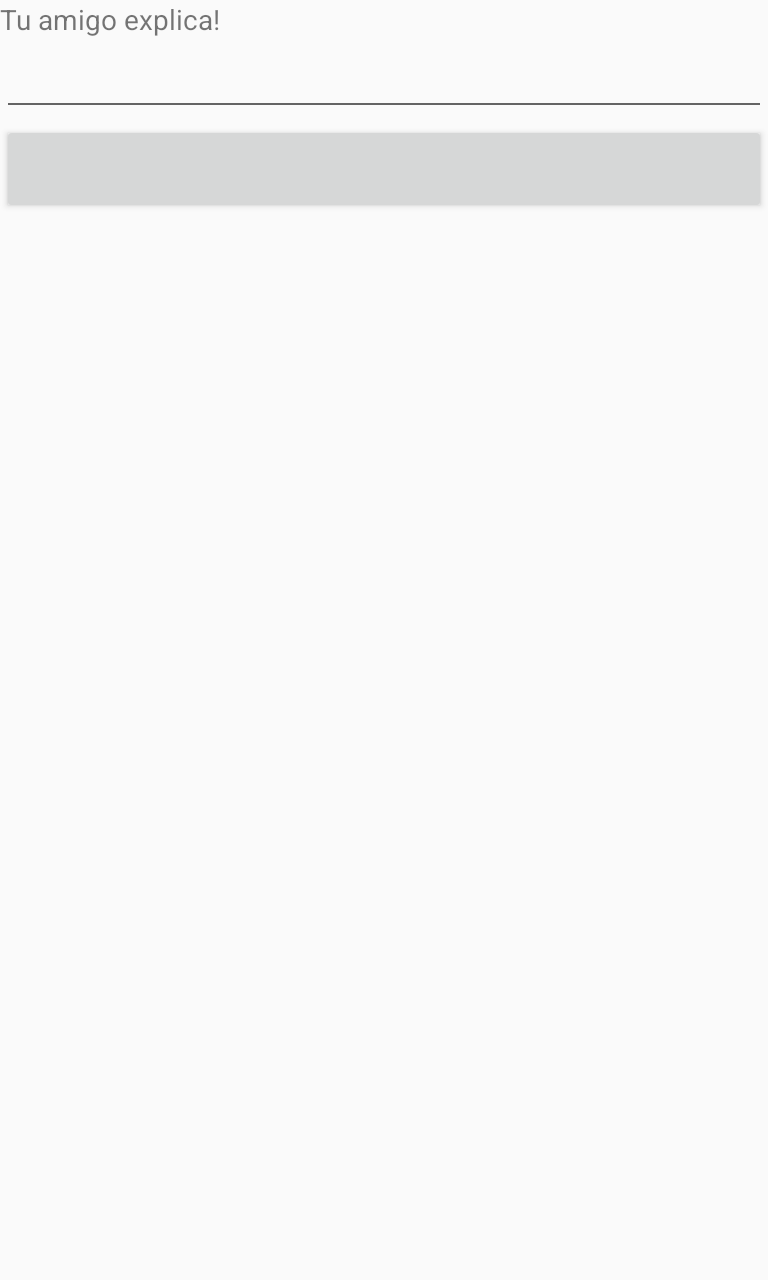
Repository: jromanz/android-projects
Layout: ListaAlumnos/res/layout/activity_formulario.xml
The author's editor kept a copy of each file at every save. The layout is drawn from the files as they stood at one save, then again after the next save.
It is drawn on a 768 x 1280 px phone screen (xhdpi) without system bars, with theme AppTheme; the app's code is not run.

Above is the layout before, as saved 2014-08-28 03:06:07.

After the next save:
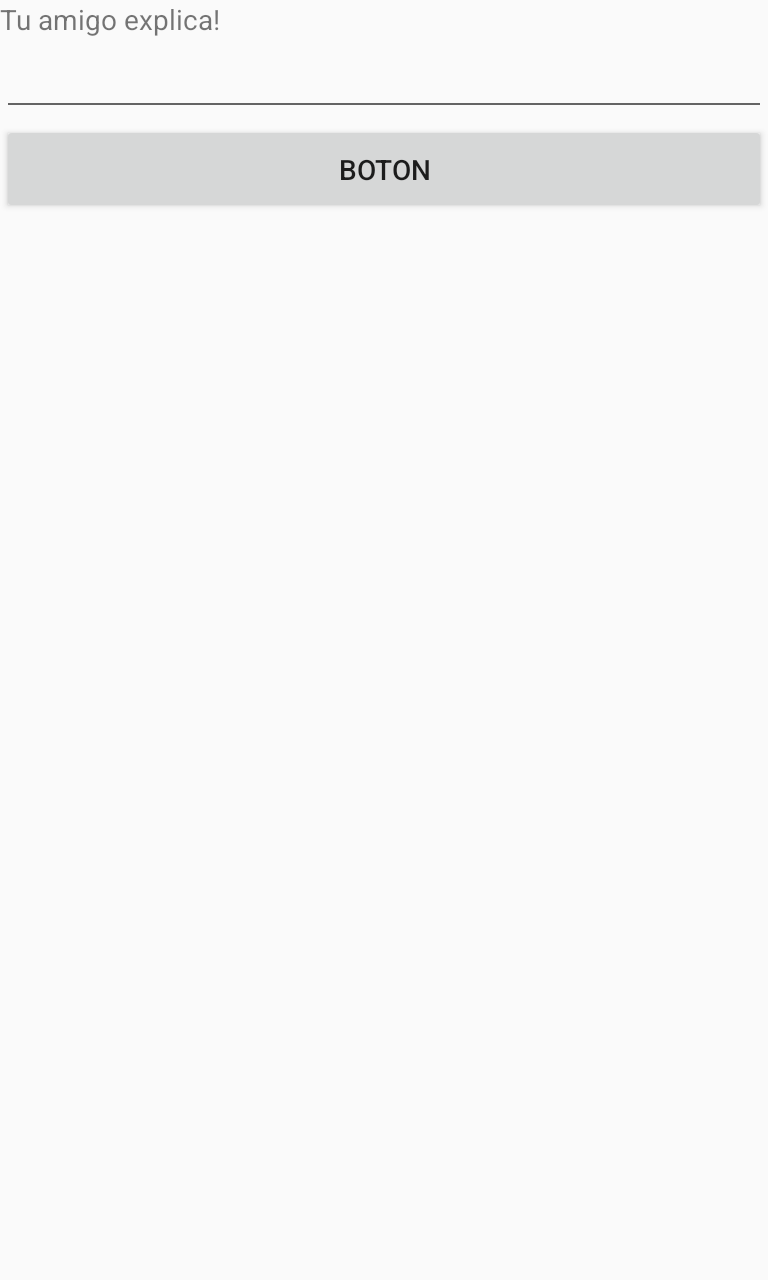
Saved 13 s later.
--- a/ListaAlumnos/res/layout/activity_formulario.xml
+++ b/ListaAlumnos/res/layout/activity_formulario.xml
@@ -18,5 +18,6 @@
     <Button android:id="@+id/botonConfirmar"
         android:layout_width="match_parent"
         android:layout_height="wrap_content"
+        android:text="Boton"
         />
 </LinearLayout>
